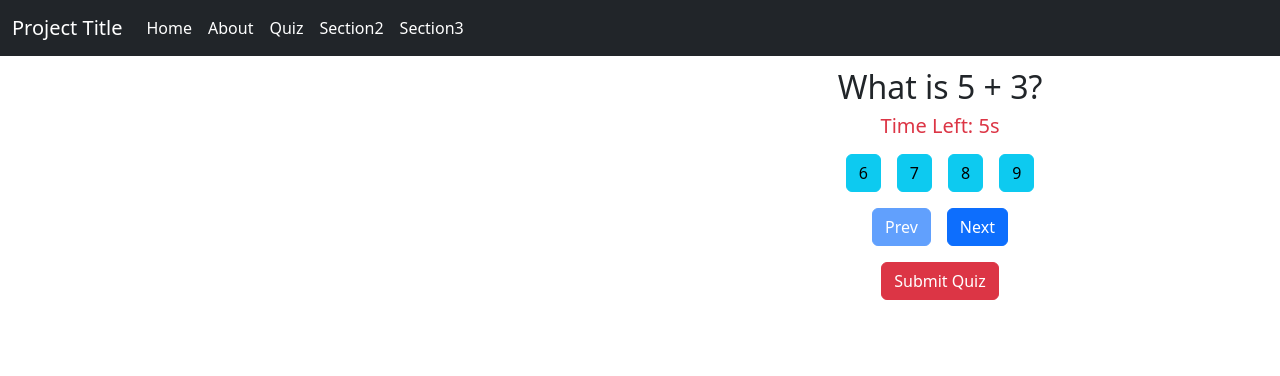
Repository: rahul-chakradhari/devquest
Page: /quiz (app in project/)
An editor plug-in stored every save of this project. The page is shown before and after the next save, followed by the edit.
The browser window is 1280 px wide. The pictures show the whole page.
The project was rebuilt for these pictures with package versions that can differ from the ones it lists, and the page was loaded fresh each time. Also part of the build but not shown: project/vite.config.js, project/src/components/Home.jsx, project/src/components/About.jsx, project/src/components/Section2.jsx, project/src/components/Section3.jsx, project/src/index.css.

Above is the page before, as saved 2025-02-23 13:45:43.

### project/index.html
<!DOCTYPE html>
<html lang="en">
  <head>
    <meta charset="UTF-8" />
    <link rel="icon" type="image/svg+xml" href="/vite.svg" />
    <meta name="viewport" content="width=device-width, initial-scale=1.0" />
    <title>Project</title>
    <link
      href="https://cdn.jsdelivr.net/npm/bootstrap@5.3.3/dist/css/bootstrap.min.css"
      rel="stylesheet"
      integrity="sha384-QWTKZyjpPEjISv5WaRU9OFeRpok6YctnYmDr5pNlyT2bRjXh0JMhjY6hW+ALEwIH"
      crossorigin="anonymous"
    />
  </head>
  <body>
    <div id="root"></div>
    <script type="module" src="/src/main.jsx"></script>
    <script
      src="https://cdn.jsdelivr.net/npm/bootstrap@5.3.3/dist/js/bootstrap.bundle.min.js"
      integrity="sha384-YvpcrYf0tY3lHB60NNkmXc5s9fDVZLESaAA55NDzOxhy9GkcIdslK1eN7N6jIeHz"
      crossorigin="anonymous"
    ></script>
  </body>
</html>

### project/src/App.jsx
import { useState } from "react";
import "./App.css";
import React from "react";
import { BrowserRouter as Router, Routes, Route } from "react-router-dom";
import Navbar from "./components/Navbar";
import Home from "./components/Home";
import About from "./components/About";

import Section2 from "./components/Section2";
import Section3 from "./components/Section3";
import Quiz from "./components/Quiz";

function App() {
  const [count, setCount] = useState(0);

  return (
    <>
      <Router>
        <Navbar />
        <Routes>
          <Route path="/about" element={<About />} />
          <Route path="/" element={<Home />} />
          <Route path="/quiz" element={<Quiz />} />
          <Route path="/section2" element={<Section2 />} />
          <Route path="/section3" element={<Section3 />} />
        </Routes>
      </Router>
    </>
  );
}

export default App;

### project/src/App.css
.right {
  width: 900px;
  height: 400px;
}
.stl,
.welcome {
  margin-left: 600px;
}
.left {
  font-size: 12px; /* Overall text size kam hoga */
}

.welcome {
  font-size: 18px; /* Heading ke liye */
}

.stl {
  font-size: 12px; /* Description text ke liye */
}
.welcome {
  margin-top: 2px;
}

.quiz-container {
  margin-left: 600px;
  margin-top: 12px;
}
.about {
  margin-left: 12px;
  margin-top: 12px;
}

### project/src/components/Navbar.jsx
import React from "react";
import { Link, useNavigate } from "react-router-dom";

const Navbar = () => {
  const navigate = useNavigate();
  const isLoggedIn = localStorage.getItem("token"); // Check if token exists

  const handleLogout = () => {
    localStorage.removeItem("token");
    navigate("/login");
  };

  return (
    <div>
      <nav className="navbar navbar-expand-lg navbar-dark bg-dark">
        <div className="container-fluid">
          <a className="navbar-brand" href="#">
            Project Title
          </a>
          <button
            className="navbar-toggler"
            type="button"
            data-bs-toggle="collapse"
            data-bs-target="#navbarSupportedContent"
            aria-controls="navbarSupportedContent"
            aria-expanded="false"
            aria-label="Toggle navigation"
          >
            <span className="navbar-toggler-icon"></span>
          </button>
          <div className="collapse navbar-collapse" id="navbarSupportedContent">
            <ul className="navbar-nav me-auto mb-2 mb-lg-0">
              <li className="nav-item">
                <Link className="nav-link active" aria-current="page" to="/">
                  Home
                </Link>
              </li>
              <li className="nav-item">
                <Link
                  className="nav-link active"
                  aria-current="page"
                  to="/about"
                >
                  About
                </Link>
              </li>
              <li className="nav-item">
                <Link
                  className="nav-link active"
                  aria-current="page"
                  to="/quiz"
                >
                  Quiz
                </Link>
              </li>
              <li className="nav-item">
                <Link
                  className="nav-link active"
                  aria-current="page"
                  to="/section2"
                >
                  Section2
                </Link>
              </li>
              <li className="nav-item">
                <Link
                  className="nav-link active"
                  aria-current="page"
                  to="/section3"
                >
                  Section3
                </Link>
              </li>
            </ul>
          </div>
        </div>
      </nav>
    </div>
  );
};

export default Navbar;

### project/src/components/Quiz.jsx
import React, { useState, useEffect } from "react";

const questions = [
  { question: "What is 5 + 3?", options: ["6", "7", "8", "9"], answer: "8" },
  { question: "What is 12 - 4?", options: ["6", "7", "8", "9"], answer: "8" },
  {
    question: "Solve: (2 + 3) × 4",
    options: ["20", "10", "25", "30"],
    answer: "20",
  },
  { question: "What is 9 ÷ 3?", options: ["1", "3", "9", "6"], answer: "3" },
  {
    question: "Solve: 15 - (4 + 3)",
    options: ["6", "8", "9", "12"],
    answer: "8",
  },
  {
    question: "What is 7 × 2?",
    options: ["10", "12", "14", "16"],
    answer: "14",
  },
  {
    question: "Solve: (8 + 2) ÷ 2",
    options: ["2", "4", "5", "6"],
    answer: "5",
  },
  {
    question: "What is 4 × 3 - 2?",
    options: ["10", "11", "12", "14"],
    answer: "10",
  },
  { question: "Solve: 6 + 4 ÷ 2", options: ["3", "5", "8", "10"], answer: "8" },
  { question: "What is 3²?", options: ["6", "9", "12", "15"], answer: "9" },
];

const Quiz = ({ onSubmit }) => {
  const [currentQuestion, setCurrentQuestion] = useState(0);
  const [selectedAnswer, setSelectedAnswer] = useState(null);
  const [timeLeft, setTimeLeft] = useState(10); // 10-second timer

  // Timer Effect
  useEffect(() => {
    if (timeLeft === 0) {
      handleNext(); // Auto-move to next question when time expires
      return;
    }

    const timer = setTimeout(() => setTimeLeft(timeLeft - 1), 1000);
    return () => clearTimeout(timer);
  }, [timeLeft]);

  // Reset Timer on Question Change
  useEffect(() => {
    setTimeLeft(10); // Reset to 10 seconds for each new question
  }, [currentQuestion]);

  const handleNext = () => {
    if (currentQuestion < questions.length - 1) {
      setCurrentQuestion(currentQuestion + 1);
      setSelectedAnswer(null); // Reset selection
    } else {
      onSubmit(); // Redirect to result component
    }
  };

  const handlePrev = () => {
    if (currentQuestion > 0) {
      setCurrentQuestion(currentQuestion - 1);
      setSelectedAnswer(null);
    }
  };

  const handleSubmit = () => {
    onSubmit();
  };

  return (
    <div className="quiz-container text-center">
      <h2>{questions[currentQuestion].question}</h2>

      {/* Timer Display */}
      <h5 className="text-danger">Time Left: {timeLeft}s</h5>

      {/* Options */}
      <div className="options mt-3">
        {questions[currentQuestion].options.map((option, index) => (
          <button
            key={index}
            type="button"
            className={`btn ${
              selectedAnswer === option ? "btn-success" : "btn-info"
            } mx-2`}
            onClick={() => setSelectedAnswer(option)}
          >
            {option}
          </button>
        ))}
      </div>

      {/* Navigation Buttons */}
      <div className="quiz-controls mt-3">
        <button
          type="button"
          className="btn btn-primary mx-2"
          onClick={handlePrev}
          disabled={currentQuestion === 0}
        >
          Prev
        </button>
        <button
          type="button"
          className="btn btn-primary mx-2"
          onClick={handleNext}
        >
          Next
        </button>
      </div>

      {/* Always Available Submit Button */}
      <div className="submit-section mt-3">
        <button
          type="button"
          className="btn btn-danger mx-2"
          onClick={handleSubmit}
        >
          Submit Quiz
        </button>
      </div>
    </div>
  );
};

export default Quiz;

Loaded but not shown: project/src/main.jsx (common file)

After the next save:
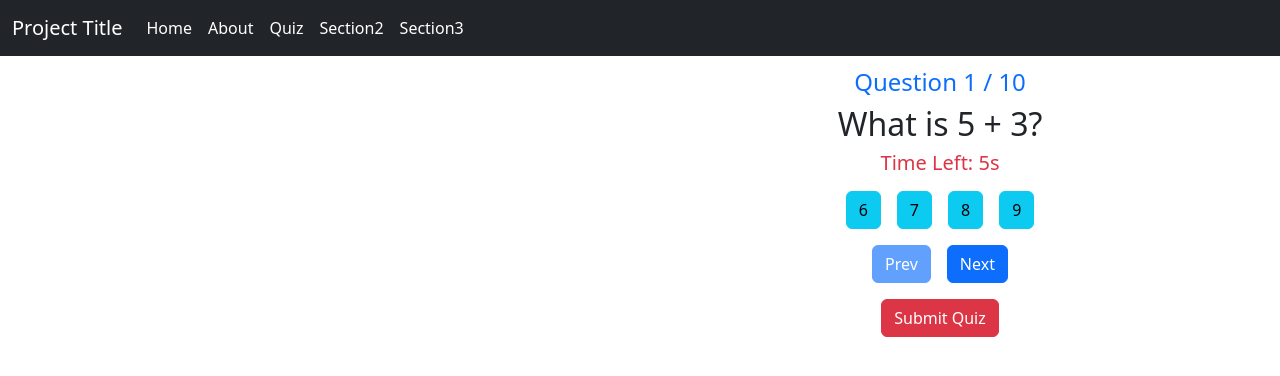
Saved 66 s later.
--- a/project/src/components/Quiz.jsx
+++ b/project/src/components/Quiz.jsx
@@ -76,6 +76,12 @@ const Quiz = ({ onSubmit }) => {
 
   return (
     <div className="quiz-container text-center">
+      {/* Question Number Display */}
+      <h4 className="text-primary">
+        Question {currentQuestion + 1} / {questions.length}
+      </h4>
+
+      {/* Question */}
       <h2>{questions[currentQuestion].question}</h2>
 
       {/* Timer Display */}
